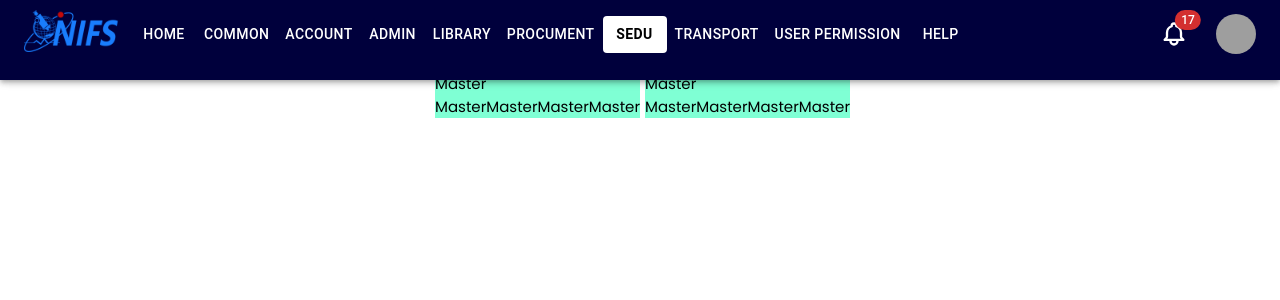
Repository: virangaj/NIFS-WebApp
Page: /sedu (app in client/)
These files come from the project's save history. The page is drawn as it stood at one moment and after the next save; the edit follows.
The browser window is 1280 px wide. The pictures show the whole page.
Pictures or frames that could not be fetched are drawn as grey boxes. The project was rebuilt for these pictures with package versions that can differ from the ones it lists, and the page was loaded fresh each time. Also part of the build but not shown: client/src/pages/Login.tsx, client/src/pages/Home.tsx, client/src/components/Transport/shared/TransportNavbar.js, client/src/pages/TransportMainPage.tsx, client/src/pages/CommonMainPage.tsx, client/src/pages/AccountMainPage.tsx, client/src/pages/AdminMainPage.tsx, client/src/pages/LibraryMainPage.js and 4 more.

Above is the page before, as saved 2022-07-27 00:40:41.

### client/public/index.html
<!DOCTYPE html>
<html lang="en">
	<head>
		<meta charset="utf-8" />
		<link rel="icon" href="nifs_logo.png" />
		<meta name="viewport" content="width=device-width, initial-scale=1" />
		<meta name="theme-color" content="#000000" />
		<meta
			name="description"
			content="Web site created using create-react-app"
		/>
		<link rel="apple-touch-icon" href="%PUBLIC_URL%/logo192.png" />
		<!--
      manifest.json provides metadata used when your web app is installed on a
      user's mobile device or desktop. See https://developers.google.com/web/fundamentals/web-app-manifest/
    -->
		<link rel="manifest" href="%PUBLIC_URL%/manifest.json" />
		<!--
      Notice the use of %PUBLIC_URL% in the tags above.
      It will be replaced with the URL of the `public` folder during the build.
      Only files inside the `public` folder can be referenced from the HTML.

      Unlike "/favicon.ico" or "favicon.ico", "%PUBLIC_URL%/favicon.ico" will
      work correctly both with client-side routing and a non-root public URL.
      Learn how to configure a non-root public URL by running `npm run build`.
    -->
		<link
			href="https://fonts.googleapis.com/css?family=Poppins"
			rel="stylesheet"
		/>
		<title>NIFS Dashboard</title>
	</head>
	<body>
		<noscript>You need to enable JavaScript to run this app.</noscript>
		<div id="root"></div>
		<!--
      This HTML file is a template.
      If you open it directly in the browser, you will see an empty page.

      You can add webfonts, meta tags, or analytics to this file.
      The build step will place the bundled scripts into the <body> tag.

      To begin the development, run `npm start` or `yarn start`.
      To create a production bundle, use `npm run build` or `yarn build`.
    -->
	</body>
</html>

### client/src/index.css
* {
  margin: 0;
}

body {
  font-family: 'Poppins';
  -webkit-font-smoothing: antialiased;
  -moz-osx-font-smoothing: grayscale;
}

:root {
  --main-navbar-back: #00003c;

}


.nav-logo {
  width: 100px;
  height: auto;
}

/* main navbar */
.main-navbar {
  background-color: var(--main-navbar-back) !important;
  width: 100% !important;
  height: 80px !important;

}



/* secondary navbar */
.secondary-navbar {
  margin-top: 10vh !important;
  margin: auto;
}

.nav-flex-section {
  display: flex;
  justify-content: center;
}

.nav-flex-inside {
  margin-left: 5px;
  margin-left: 5px;
}

.nav-title {
  font-size: 15px;

}

.nav-title-section {
  background-color: aquamarine;
}

/* body content */
.body-content {
  margin: auto;
  width: 90%;
  margin-top: 10vh;

}

.sub-body-content {
  margin: auto;
  width: 90%;
  margin-top: 3vh;
}

### client/src/App.tsx
import React, { useEffect } from 'react';
import Navbar from './components/shared/Navbar';
import Login from './pages/Login'
import { BrowserRouter as Router, Route, Routes } from 'react-router-dom'
import Home from './pages/Home';
import TransportMainPage from './pages/TransportMainPage';
import CommonMainPage from './pages/CommonMainPage';
import AccountMainPage from './pages/AccountMainPage';
import AdminMainPage from './pages/AdminMainPage';
import LibraryMainPage from './pages/LibraryMainPage';
import ProcumentMainPage from './pages/ProcumentMainPage';
import SeduMainPage from './pages/SeduMainPage';
import UserPermissionMainPage from './pages/UserPermissionMainPage';
import NotificationMainPage from './pages/NotificationMainPage';
import HelpMainPage from './pages/HelpMainPage';

function App() {


  return (
    <Router>
      <Navbar />
      <Routes>

        <Route path="/login" element={<Login />} />
        <Route path="/" element={<Home />} />
        <Route path="/common/*" element={<CommonMainPage />} />
        <Route path="/account/*" element={<AccountMainPage />} />
        <Route path="/admin/*" element={<AdminMainPage />} />
        <Route path="/library/*" element={<LibraryMainPage />} />
        <Route path="/procument/*" element={<ProcumentMainPage />} />
        <Route path="/sedu/*" element={<SeduMainPage />} />
        <Route path="/transport/*" element={<TransportMainPage />} />
        <Route
          path="/user-permission/*"
          element={<UserPermissionMainPage />}
        />
        <Route
          path="/notification/*"
          element={<NotificationMainPage />}
        />
        <Route path="/help/*" element={<HelpMainPage />} />
      </Routes>


    </Router>
  );
}

export default App;

### client/src/components/shared/Navbar.tsx
import * as React from 'react';
import AppBar from '@mui/material/AppBar';
import Box from '@mui/material/Box';
import Toolbar from '@mui/material/Toolbar';
import IconButton from '@mui/material/IconButton';
import Typography from '@mui/material/Typography';
import Menu from '@mui/material/Menu';
import Container from '@mui/material/Container';
import Avatar from '@mui/material/Avatar';
import Button from '@mui/material/Button';
import Tooltip from '@mui/material/Tooltip';
import MenuItem from '@mui/material/MenuItem';
import { HiMenuAlt2, HiOutlineBell } from "react-icons/hi";
import Badge from '@mui/material/Badge';
import Logo from '../../images/nifs_logo.png'
import { Link, useLocation } from 'react-router-dom';
const pages = [
    {
        id: 0,
        title: 'Home',
        link: '/',
    },
    {
        id: 1,
        title: 'Common',
        link: '/common',
    },
    {
        id: 2,
        title: 'Account',
        link: '/account',
    },
    {
        id: 3,
        title: 'Admin',
        link: '/admin',
    },
    {
        id: 4,
        title: 'Library',
        link: '/library',
    },
    {
        id: 5,
        title: 'Procument',
        link: '/procument',
    },
    {
        id: 6,
        title: 'SEDU',
        link: '/sedu',
    },
    {
        id: 7,
        title: 'Transport',
        link: '/transport',
    },
    {
        id: 8,
        title: 'User Permission',
        link: '/user-permission',
    },
    // {
    //     id: 9,
    //     title: 'Notification',
    //     link: '/notification',
    // },
    {
        id: 10,
        title: 'Help',
        link: '/help',
    },
];
const settings = [
    {
        id: 0,
        title: 'Login',
        link: '/login',
    },
];
const Navbar = () => {

    const location: any = useLocation();
    console.log(location.pathname.split('/')[1])


    const [anchorElNav, setAnchorElNav] = React.useState<null | HTMLElement>(null);
    const [anchorElUser, setAnchorElUser] = React.useState<null | HTMLElement>(null);

    const handleOpenNavMenu = (event: React.MouseEvent<HTMLElement>) => {
        setAnchorElNav(event.currentTarget);
    };
    const handleOpenUserMenu = (event: React.MouseEvent<HTMLElement>) => {
        setAnchorElUser(event.currentTarget);
    };

    const handleCloseNavMenu = () => {
        setAnchorElNav(null);
    };

    const handleCloseUserMenu = () => {
        setAnchorElUser(null);
    };

    return (
        <AppBar position="fixed" className="main-navbar">
            <Container maxWidth="xl">
                <Toolbar disableGutters>
                    {/*Responsive view start here  */}
                    <Box sx={{ display: { xs: 'none', md: 'flex' }, mr: 1 }}>
                        <Link to='/'>
                            <img src={Logo} alt="logo" className="nav-logo" />
                        </Link>
                    </Box>


                    <Box sx={{ flexGrow: 1, display: { xs: 'flex', md: 'none' } }}>
                        <IconButton
                            size="large"
                            aria-label="account of current user"
                            aria-controls="menu-appbar"
                            aria-haspopup="true"
                            onClick={handleOpenNavMenu}
                            color="inherit"
                        >
                            <HiMenuAlt2 />
                        </IconButton>
                        <Menu
                            id="menu-appbar"
                            anchorEl={anchorElNav}
                            anchorOrigin={{
                                vertical: 'bottom',
                                horizontal: 'left',
                            }}
                            keepMounted
                            transformOrigin={{
                                vertical: 'top',
                                horizontal: 'left',
                            }}
                            open={Boolean(anchorElNav)}
                            onClose={handleCloseNavMenu}
                            sx={{
                                display: { xs: 'block', md: 'none' },
                            }}
                        >
                            {pages && pages.map((page) => (
                                location.pathname.split('/')[1] === page.link.split('/')[1] ?
                                    <Link to={page.link} style={{ textDecoration: 'none' }} >
                                        <Button
                                            key={page.id}
                                            onClick={handleCloseNavMenu}
                                            sx={{ my: 2, color: 'white', display: 'block' }}
                                            style={{ backgroundColor: '#000', color: '#fff', fontWeight: 700 }}
                                        >
                                            {page.title}
                                        </Button>
                                    </Link>
                                    :
                                    <Link to={page.link} style={{ textDecoration: 'none' }} >
                                        <Button
                                            key={page.id}
                                            onClick={handleCloseNavMenu}
                                            sx={{ my: 2, color: 'white', display: 'block' }}
                                            style={{ backgroundColor: '#fff', color: '#000' }}
                                        >
                                            {page.title}
                                        </Button>
                                    </Link>
                            ))}
                        </Menu>
                    </Box>
                    {/* Responsive view ends here */}

                    {/* Full width starts here */}
                    <Box
                        sx={{
                            mr: 2,
                            display: { xs: 'flex', md: 'none' },
                            flexGrow: 1,
                        }}
                    >
                        <Link to='/'>
                            <img src={Logo} alt="logo" className="nav-logo" />
                        </Link>
                    </Box>

                    <Box sx={{ flexGrow: 1, display: { xs: 'none', md: 'flex' } }}>
                        {pages.map((page) => (
                            location.pathname.split('/')[1] === page.link.split('/')[1] ?
                                <Link to={page.link} style={{ textDecoration: 'none' }} >
                                    <Button
                                        key={page.id}
                                        onClick={handleCloseNavMenu}
                                        sx={{ my: 2, color: 'white', display: 'block' }}
                                        style={{ backgroundColor: '#fff', color: '#000', fontWeight: 700 }}


                                    >
                                        {page.title}
                                    </Button>
                                </Link>
                                :
                                <Link to={page.link} style={{ textDecoration: 'none' }} >
                                    <Button
                                        key={page.id}
                                        onClick={handleCloseNavMenu}
                                        sx={{ my: 2, color: 'white', display: 'block' }}

                                    >
                                        {page.title}
                                    </Button>
                                </Link>
                        ))}
                    </Box>
                    <IconButton
                        size="large"
                        aria-label="show 17 new notifications"
                        color="inherit"
                        sx={{ mr: 2 }}
                    >
                        <Badge badgeContent={17} color="error">
                            <HiOutlineBell />
                        </Badge>
                    </IconButton>
                    <Box sx={{ flexGrow: 0 }}>
                        <Tooltip title="Open settings">
                            <IconButton onClick={handleOpenUserMenu} sx={{ p: 0 }}>
                                <Avatar alt="Remy Sharp" src="/static/images/avatar/2.jpg" />
                            </IconButton>
                        </Tooltip>
                        <Menu
                            sx={{ mt: '45px' }}
                            id="menu-appbar"
                            anchorEl={anchorElUser}
                            anchorOrigin={{
                                vertical: 'top',
                                horizontal: 'right',
                            }}
                            keepMounted
                            transformOrigin={{
                                vertical: 'top',
                                horizontal: 'right',
                            }}
                            open={Boolean(anchorElUser)}
                            onClose={handleCloseUserMenu}
                        >
                            {settings && settings.map((setting) => (
                                <MenuItem key={setting.id} onClick={handleCloseUserMenu}>
                                    <Typography textAlign="center">{setting.title}</Typography>
                                </MenuItem>
                            ))}
                        </Menu>
                    </Box>
                </Toolbar>
            </Container>
        </AppBar>
    );
};
export default Navbar;

### client/src/pages/SeduMainPage.tsx
import React from 'react';
import { Route, Routes } from 'react-router-dom';
import SeduSecondaryNavbar from '../components/sedu/SeduSecondaryNavbar';
import SecondaryNavbar from '../components/shared/SecondaryNavbar';


// sedu main page where all other section of sedu department can be access from here
function SeduMainPage() {

	return <div>
		<SeduSecondaryNavbar />
		<div className="sub-body-content">
			<Routes>
				{/* <Route path="/" element={<NewRequest />} />
					<Route path="/recommend" element={<RecommendedRequest />} />
					<Route path="/approve" element={<ApproveRequest />} /> */}
			</Routes>
		</div>
	</div>;
}

export default SeduMainPage;

### client/src/components/sedu/SeduSecondaryNavbar.tsx
import { Box } from '@mui/material'
import React from 'react'

import { FaArtstation, FaApple, FaAppStoreIos } from "react-icons/fa";
function SeduSecondaryNavbar() {

    return (
        <Box sx={{ width: '90%' }} className="secondary-navbar nav-flex-section">
            <div className='nav-flex-inside'>
                <div className='nav-title-section'>
                    <p className='nav-title'>Master</p>
                    <div className='nav-flex-section'>
                        <p className='nav-title'>Master</p>
                        <p className='nav-title'>Master</p>
                        <p className='nav-title'>Master</p>
                        <p className='nav-title'>Master</p>
                    </div>
                </div>
            </div>
            <div className='nav-flex-inside'>
                <div className='nav-title-section'>
                    <p className='nav-title'>Master</p>
                    <div className='nav-flex-section'>
                        <p className='nav-title'>Master</p>
                        <p className='nav-title'>Master</p>
                        <p className='nav-title'>Master</p>
                        <p className='nav-title'>Master</p>
                    </div>
                </div>
            </div>
        </Box>
    )
}

export default SeduSecondaryNavbar

Loaded but not shown: client/src/index.tsx (common file); client/src/reportWebVitals.ts (common file)

After the next save:
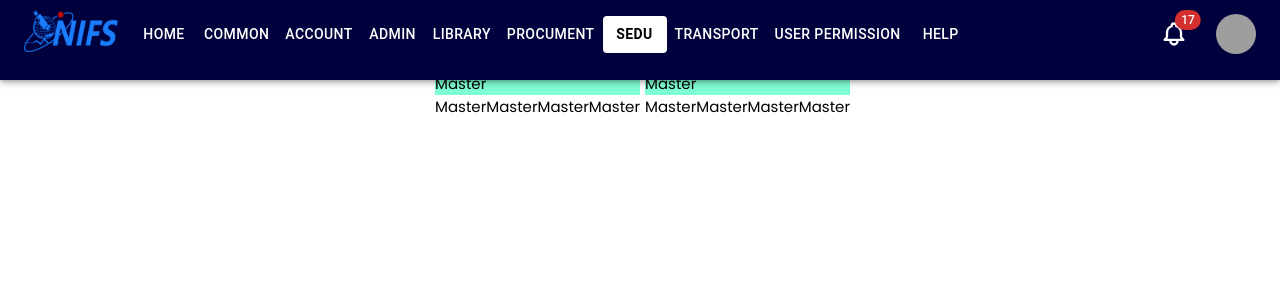
Saved 18 s later.
--- a/client/src/components/sedu/SeduSecondaryNavbar.tsx
+++ b/client/src/components/sedu/SeduSecondaryNavbar.tsx
@@ -9,23 +9,25 @@ function SeduSecondaryNavbar() {
             <div className='nav-flex-inside'>
                 <div className='nav-title-section'>
                     <p className='nav-title'>Master</p>
-                    <div className='nav-flex-section'>
-                        <p className='nav-title'>Master</p>
-                        <p className='nav-title'>Master</p>
-                        <p className='nav-title'>Master</p>
-                        <p className='nav-title'>Master</p>
-                    </div>
+
+                </div>
+                <div className='nav-flex-section'>
+                    <p className='nav-title'>Master</p>
+                    <p className='nav-title'>Master</p>
+                    <p className='nav-title'>Master</p>
+                    <p className='nav-title'>Master</p>
                 </div>
             </div>
             <div className='nav-flex-inside'>
                 <div className='nav-title-section'>
                     <p className='nav-title'>Master</p>
-                    <div className='nav-flex-section'>
-                        <p className='nav-title'>Master</p>
-                        <p className='nav-title'>Master</p>
-                        <p className='nav-title'>Master</p>
-                        <p className='nav-title'>Master</p>
-                    </div>
+
+                </div>
+                <div className='nav-flex-section'>
+                    <p className='nav-title'>Master</p>
+                    <p className='nav-title'>Master</p>
+                    <p className='nav-title'>Master</p>
+                    <p className='nav-title'>Master</p>
                 </div>
             </div>
         </Box>
